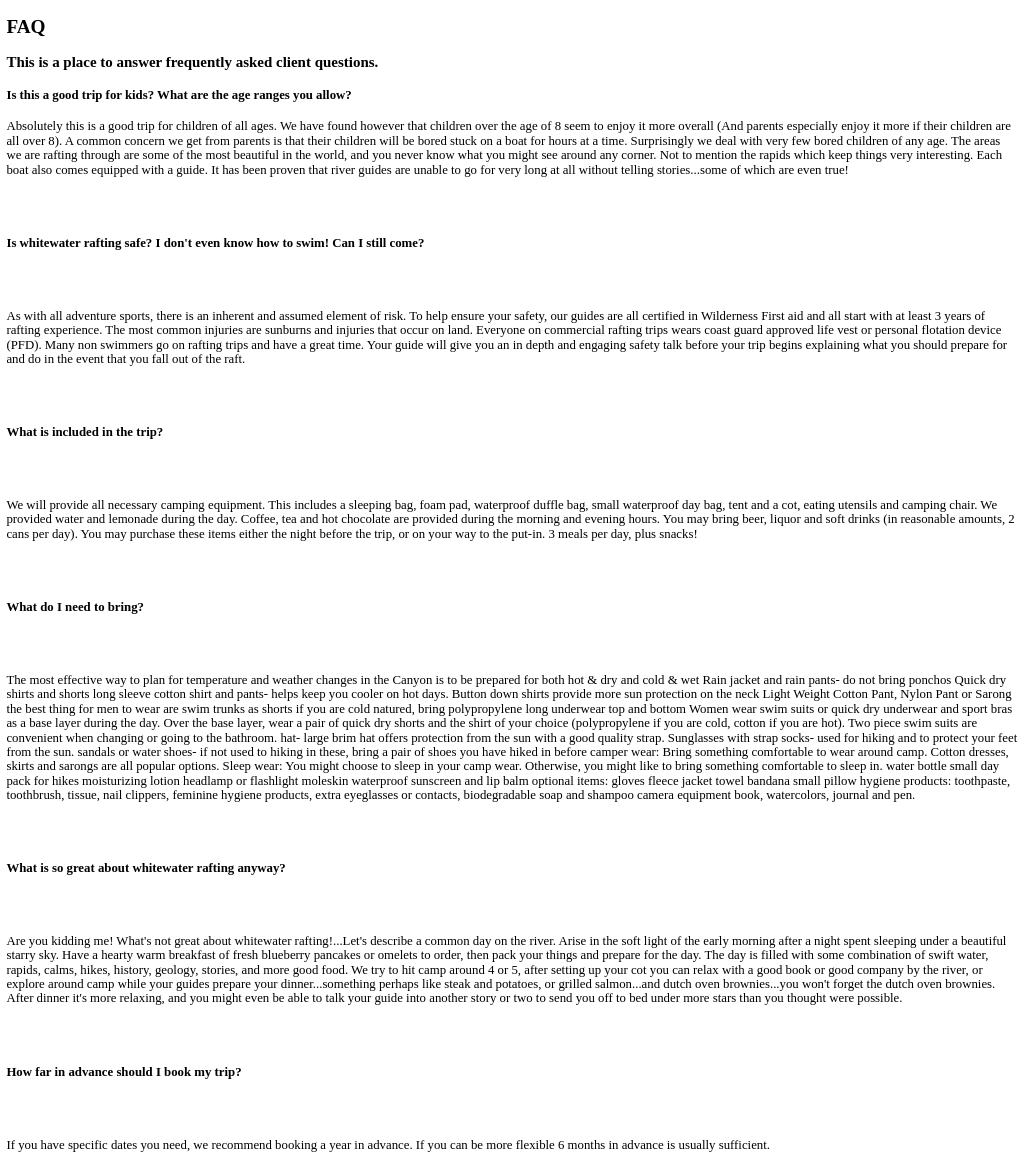
Repository: nak97/WDD-130
Page: wrr/faq.html
These files come from the project's save history. The page is drawn as it stood at one moment and after the next save; the edit follows.
The browser window is 1280 px wide. The pictures show the whole page, at 80% of full size.

Above is the page before, as saved 2023-03-08 10:01:21.

After the next save:
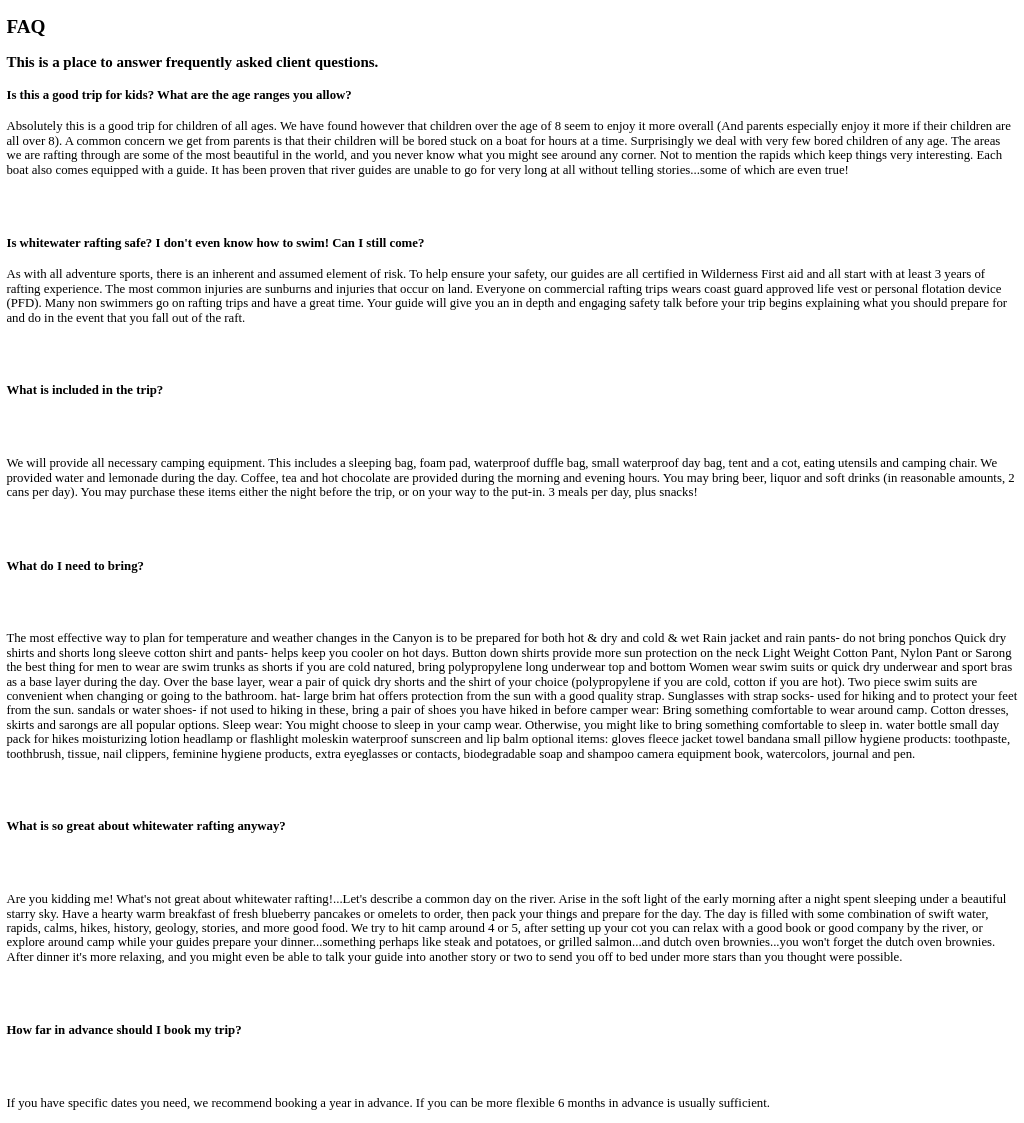
Saved 5 s later.
--- a/wrr/faq.html
+++ b/wrr/faq.html
@@ -25,7 +25,7 @@
 <p>Absolutely this is a good trip for children of all ages. We have found however that children over the age of 8 seem to enjoy it more overall (And parents especially enjoy it more if their children are all over 8). A common concern we get from parents is that their children will be bored stuck on a boat for hours at a time. Surprisingly we deal with very few bored children of any age. The areas we are rafting through are some of the most beautiful in the world, and you never know what you might see around any corner. Not to mention the rapids which keep things very interesting. Each boat also comes equipped with a guide. It has been proven that river guides are unable to go for very long at all without telling stories...some of which are even true!</p>   <br><br>
 
 
- <h4>Is whitewater rafting safe? I don't even know how to swim! Can I still come?</h4>  <br><br>
+ <h4>Is whitewater rafting safe? I don't even know how to swim! Can I still come?</h4>
   <p> As with all adventure sports, there is an inherent and assumed element of risk. To help ensure your safety, our guides are all certified in Wilderness First aid and all start with at least 3 years of rafting experience. The most common injuries are sunburns and injuries that occur on land.
     Everyone on commercial rafting trips wears coast guard approved life vest or personal flotation device (PFD). Many non swimmers go on rafting trips and have a great time. Your guide will give you an in depth and engaging safety talk before your trip begins explaining what you should prepare for and do in the event that you fall out of the raft.</p>  <br><br>
 
